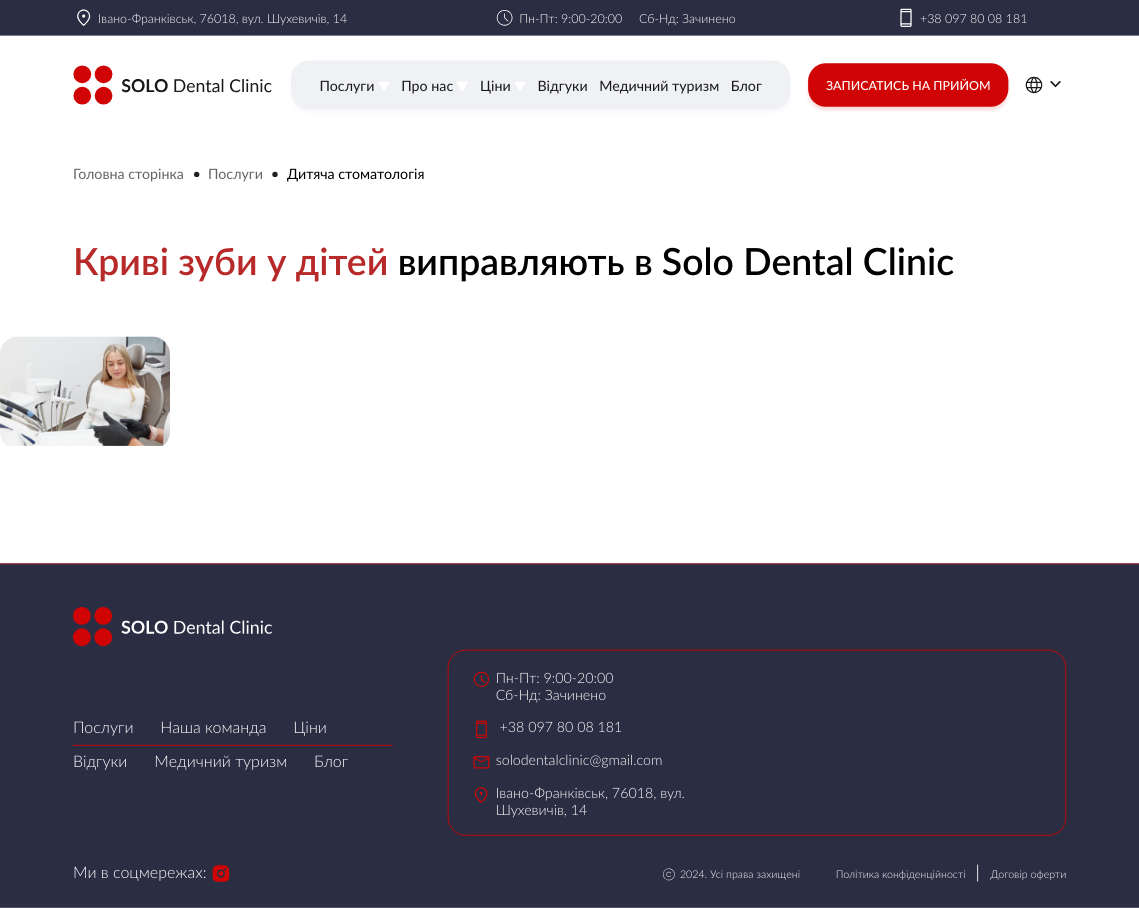
Repository: TarasDutchak/dental-clinic
Page: pediatric-dentistry.html
The author's editor kept a copy of each file at every save. The page is drawn from the files as they stood at one save, then again after the next save.
The browser window is 1280 px wide. The pictures show the whole page, at 89% of full size.
Pictures or frames that could not be fetched are drawn as grey boxes.

Above is the page before, as saved 2024-12-31 07:40:44.

### pediatric-dentistry.html
<!DOCTYPE html>
<html lang="en">

<head>
    <meta charset="UTF-8">
    <meta http-equiv="X-UA-Compatible" content="IE=edge">
    <meta name="viewport" content="width=device-width, initial-scale=1.0">
    <title>Дитяча стоматологія</title>
    <link rel="icon" type="image/x-icon" href="favicon.png">
    <link rel="stylesheet" href="css/lib/swiper-bundle.min.css">
    <link rel="stylesheet" href="css/lib/bootstrap-grid.min.css">
    <link rel="stylesheet" href="css/lib/plyr.css">
    <link rel="stylesheet" href="css/lib/select2.css">
    <link rel="stylesheet" href="css/style.css">
</head>

<body>

    <header class="header">
        <div class="header__top">
            <div class="container">
                <div class="row align-items-center">
                    <div class="col-lg-5 col-md-4">
                        <p>
                            <img src="img/header/loc.svg" alt="location">
                            Івано-Франківськ, 76018, вул. Шухевичів, 14
                        </p>
                    </div>
                    <div class="col-lg-4 col-md-4">
                        <p>
                            <img src="img/header/time.svg" alt="workingday">
                            <span>Пн-Пт: 9:00-20:00</span>
                            <span>Сб-Нд: Зачинено</span>
                        </p>
                    </div>
                    <div class="col-lg-3 col-md-4 text-center">
                        <p>
                            <a href="tel:+380978008181">
                                <img src="img/header/tel.svg" alt="tel">
                                +38 097 80 08 181
                            </a>
                        </p>
                    </div>
                </div>
            </div>
        </div>
        <div class="header__content">
            <div class="container_header container">
                <div class="header__logo">
                    <a href="index.html"><img src="img/header/logo.svg" alt="logo"></a>
                </div>
                <div class="header__nav">
                    <nav>
                        <ul>
                            <li class="submenu">
                                <a href="#">
                                    Послуги
                                </a>
                                <ul class="large">
                                    <li><a href="#">Всі послуги</a></li>
                                    <li><a href="#">Відбілювання</a></li>
                                    <li><a href="#">Вініри</a></li>
                                    <li><a href="#">Коронки</a></li>
                                    <li><a href="#">Імплантація</a></li>
                                    <li><a href="#">Гнатологія</a></li>
                                    <li><a href="#">Гігієна ротової порожнини</a></li>
                                    <li><a href="#" class="active">Лікування карієсу</a></li>
                                    <li><a href="#" class="disable">Лікування каналів</a></li>
                                    <li><a href="#">Лікування ясен</a></li>
                                    <li><a href="#">Зубні імпланти</a></li>
                                    <li><a href="#">Хірургічна стоматологія</a></li>
                                    <li><a href="#">Видалення зубів мудрості</a></li>
                                    <li><a href="#">Стоматологія сну</a></li>
                                    <li><a href="#">Виправлення прикусу</a></li>
                                    <li><a href="#">Дитяча стоматологія</a></li>
                                    <li><a href="#">Діагностика ротової порожнини</a></li>
                                </ul>
                            </li>
                            <li class="submenu">
                                <a href="#">
                                    Про нас
                                </a>
                                <ul>
                                    <li><a href="#">Наша клініка</a></li>
                                    <li><a href="#">Лікарі</a></li>
                                    <li><a href="#">Історії лікування</a></li>
                                </ul>
                            </li>
                            <li class="submenu">
                                <a href="#">
                                    Ціни
                                </a>
                                <ul>
                                    <li><a href="#">Прайс</a></li>
                                    <li><a href="#">Оплата частинами</a></li>
                                </ul>
                            </li>
                            <li>
                                <a href="#">
                                    Відгуки
                                </a>
                            </li>
                            <li>
                                <a href="#">
                                    Медичний туризм
                                </a>
                            </li>
                            <li>
                                <a href="#">
                                    Блог
                                </a>
                            </li>
                        </ul>
                        <a href="#" class="redbtn mobshow" data-modal-target="appointmentmodal">
                            записатись на прийом
                        </a>
                    </nav>
                    <button class="closemenu">
                        <img src="img/header/close.png" alt="close menu">
                    </button>
                </div>
                <div class="header__rightsect">
                    <a href="#" class="redbtn" data-modal-target="appointmentmodal">
                        записатись на прийом
                    </a>
                    <div class="languagebox">
                        <span>
                            <img src="img/header/earth.svg" alt="language">
                        </span>
                        <ul>
                            <li>
                                <a href="#">
                                    <img src="img/header/us-flag.svg" alt="english">
                                    En
                                </a>
                            </li>
                            <li class="active">
                                <a href="#">
                                    <img src="img/header/ua-flag.svg" alt="ukrainian">
                                    Uk
                                </a>
                            </li>
                        </ul>
                    </div>
                    <button class="headermenubtn">
                        <img src="img/header/menu.png" alt="menu">
                    </button>
                </div>
            </div>
        </div>
        <div class="menubg"></div>
    </header>

    <main class="main">
        <div class="container">
            <div class="breadcrumbs">
                <ul>
                    <li><a href="#">Головна сторінка</a></li>
                    <li><a href="#">Послуги</a></li>
                    <li>Дитяча стоматологія</li>
                </ul>
            </div>
        </div>

        <section class="aboutsect">
            <div class="container">
                <h1>
                    <span>Криві зуби у дітей</span> виправляють в Solo Dental Clinic
                </h1>
            </div>
           <div class="reversesect">
            <div class="container-r0">
                <div class="reversesect__left"></div>
                <div class="reversesect__right">
                    <div class="imgwrap">
                        <img src="img/pediatricdentistry/2.jpg" alt="img">
                    </div>
                </div>
            </div>
           </div>



        </section>




    </main>

    <footer class="footer">
        <div class="container">
            <div class="row align-items-center">
                <div class="col-12">
                    <a href="index.html" class="footer__logo">
                        <img src="img/footer/logo-footer.svg" alt="logo">
                    </a>
                </div>
                <div class="col-xl-4">
                    <ul class="footer__nav">
                        <li><a href="#">Послуги</a></li>
                        <li><a href="#">Наша команда</a></li>
                        <li><a href="#">Ціни</a></li>
                        <li><a href="#">Відгуки</a></li>
                        <li><a href="#">Mедичний туризм</a></li>
                        <li><a href="#">Блог</a></li>
                    </ul>
                </div>
                <div class="col-xl-8 text-end">
                    <div class="footer__info">
                        <div class="footinfwrap">
                            <ul>
                                <li>
                                    <img src="img/footer/foot-clock.svg" alt="icon">
                                    <p>
                                        Пн-Пт: 9:00-20:00 <br>
                                        Сб-Нд: Зачинено
                                    </p>
                                </li>
                                <li>
                                    <img src="img/footer/foot-tel.svg" alt="icon">
                                    <a href="tel: +380978008181"> +38 097 80 08 181</a>
                                </li>
                                <li>
                                    <img src="img/footer/foot-email.svg" alt="icon">
                                    <a href="mailto:solodentalclinic@gmail.com">solodentalclinic@gmail.com</a>
                                </li>
                                <li>
                                    <img src="img/footer/foot-loc.svg" alt="icon">
                                    <p>
                                        Івано-Франківськ, 76018, вул. Шухевичів, 14
                                    </p>
                                </li>
                            </ul>
                        </div>
                        <div class="mapwrap">
                            <iframe
                                src="https://www.google.com/maps/embed?pb=!1m18!1m12!1m3!1d2621.917959431259!2d24.720775176848996!3d48.91695529658282!2m3!1f0!2f0!3f0!3m2!1i1024!2i768!4f13.1!3m3!1m2!1s0x4730c166259a99f7%3A0xe9b1d0f143ae48f0!2z0LLRg9C70LjRhtGPINCo0YPRhdC10LLQuNGH0ZbQsiwgMTQsINCG0LLQsNC90L4t0KTRgNCw0L3QutGW0LLRgdGM0LosINCG0LLQsNC90L4t0KTRgNCw0L3QutGW0LLRgdGM0LrQsCDQvtCx0LvQsNGB0YLRjCwgNzYwMDA!5e0!3m2!1suk!2sua!4v1735398550766!5m2!1suk!2sua"
                                style="border:0;" allowfullscreen="" loading="lazy"
                                referrerpolicy="no-referrer-when-downgrade"></iframe>
                        </div>
                    </div>
                </div>
            </div>
            <div class="footer__bottomsect">
                <div class="row align-items-center">
                    <div class="col-xl-6 col-lg-5">
                        <p class="weinsoc">
                            Ми в соцмережах:
                            <a href="#">
                                <svg width="28" height="29" viewBox="0 0 28 29" fill="none"
                                    xmlns="http://www.w3.org/2000/svg">
                                    <path
                                        d="M14.8667 2.83301C16.1792 2.83651 16.8453 2.84351 17.4205 2.85984L17.6468 2.86801C17.9082 2.87734 18.166 2.88901 18.4775 2.90301C19.7188 2.96134 20.5658 3.15734 21.309 3.44551C22.079 3.74184 22.7277 4.14317 23.3763 4.79067C23.9698 5.3737 24.4289 6.07923 24.7215 6.85801C25.0097 7.60117 25.2057 8.44817 25.264 9.69067C25.278 10.001 25.2897 10.2588 25.299 10.5213L25.306 10.7477C25.3235 11.3217 25.3305 11.9878 25.3328 13.3003L25.334 14.1707V15.699C25.3368 16.55 25.3279 17.4009 25.3072 18.2517L25.3002 18.478C25.2908 18.7405 25.2792 18.9983 25.2652 19.3087C25.2068 20.5512 25.0085 21.397 24.7215 22.1413C24.4289 22.9201 23.9698 23.6257 23.3763 24.2087C22.7933 24.8022 22.0878 25.2612 21.309 25.5538C20.5658 25.842 19.7188 26.038 18.4775 26.0963L17.6468 26.1313L17.4205 26.1383C16.8453 26.1547 16.1792 26.1628 14.8667 26.1652L13.9963 26.1663H12.4692C11.6178 26.1693 10.7664 26.1604 9.91533 26.1395L9.689 26.1325C9.41204 26.122 9.13515 26.11 8.85833 26.0963C7.617 26.038 6.77 25.842 6.02566 25.5538C5.2473 25.2611 4.54218 24.802 3.9595 24.2087C3.3656 23.6258 2.90612 22.9202 2.61316 22.1413C2.325 21.3982 2.129 20.5512 2.07066 19.3087L2.03566 18.478L2.02983 18.2517C2.00832 17.401 1.9986 16.55 2.00066 15.699V13.3003C1.99743 12.4494 2.00599 11.5984 2.02633 10.7477L2.0345 10.5213C2.04383 10.2588 2.0555 10.001 2.0695 9.69067C2.12783 8.44817 2.32383 7.60234 2.612 6.85801C2.90564 6.07891 3.36592 5.37335 3.96066 4.79067C4.54301 4.19748 5.24772 3.73843 6.02566 3.44551C6.77 3.15734 7.61583 2.96134 8.85833 2.90301C9.16866 2.88901 9.42766 2.87734 9.689 2.86801L9.91533 2.86101C10.7661 2.84028 11.617 2.83133 12.468 2.83417L14.8667 2.83301ZM13.6673 8.66634C12.1202 8.66634 10.6365 9.28092 9.54254 10.3749C8.44858 11.4688 7.834 12.9526 7.834 14.4997C7.834 16.0468 8.44858 17.5305 9.54254 18.6245C10.6365 19.7184 12.1202 20.333 13.6673 20.333C15.2144 20.333 16.6982 19.7184 17.7921 18.6245C18.8861 17.5305 19.5007 16.0468 19.5007 14.4997C19.5007 12.9526 18.8861 11.4688 17.7921 10.3749C16.6982 9.28092 15.2144 8.66634 13.6673 8.66634ZM13.6673 10.9997C14.127 10.9996 14.5821 11.0901 15.0068 11.2659C15.4314 11.4417 15.8173 11.6994 16.1424 12.0244C16.4674 12.3493 16.7253 12.7351 16.9013 13.1597C17.0772 13.5844 17.1678 14.0395 17.1679 14.4991C17.168 14.9587 17.0775 15.4139 16.9017 15.8385C16.7259 16.2632 16.4682 16.6491 16.1432 16.9741C15.8182 17.2992 15.4325 17.5571 15.0078 17.733C14.5832 17.909 14.1281 17.9996 13.6685 17.9997C12.7402 17.9997 11.85 17.6309 11.1936 16.9745C10.5372 16.3182 10.1685 15.4279 10.1685 14.4997C10.1685 13.5714 10.5372 12.6812 11.1936 12.0248C11.85 11.3684 12.7402 10.9997 13.6685 10.9997M19.7935 6.91634C19.4067 6.91634 19.0358 7.06999 18.7623 7.34348C18.4888 7.61697 18.3352 7.9879 18.3352 8.37467C18.3352 8.76145 18.4888 9.13238 18.7623 9.40587C19.0358 9.67936 19.4067 9.83301 19.7935 9.83301C20.1803 9.83301 20.5512 9.67936 20.8247 9.40587C21.0982 9.13238 21.2518 8.76145 21.2518 8.37467C21.2518 7.9879 21.0982 7.61697 20.8247 7.34348C20.5512 7.06999 20.1803 6.91634 19.7935 6.91634Z"
                                        fill="#D00404" />
                                </svg>
                            </a>
                        </p>
                    </div>
                    <div class="col-xl-6 col-lg-7">
                        <ul>
                            <li>
                                <p>
                                    <img src="img/footer/copyright.svg" alt="icon">
                                    2024. Усі права захищені
                                </p>
                            </li>
                            <li>
                                <a href="#">Політика конфіденційності</a>
                            </li>
                            <li>
                                <a href="#">Договір оферти</a>
                            </li>
                        </ul>
                    </div>
                </div>
            </div>
        </div>
    </footer>





    <!-- consultationmodal -->
    <div id="consultationmodal" class="modal bgmodal">
        <div class="modal-dialog">
            <div class="modal-content">
                <span class="close closemod">
                    <img src="img/general/close-modal.svg" alt="close">
                </span>
                <p class="title">Заповніть форму нижче і ми зв’яжемось з Вами у робочі години</p>
                <form action="#">
                    <div class="row align-items-center">
                        <div class="col-lg-7">
                            <div class="inputfield">
                                <label for="name">Ваше ім’я*</label>
                                <input id="name" type="text" placeholder="Введіть своє ім’я">
                            </div>
                        </div>
                        <div class="col-lg-5 selwr">
                            <div class="inputfield rpad">
                                <select class="customselect" name="formcons" data-placeholder="форма консультації:">
                                    <option></option>
                                    <option value="0">Онлайн консультація</option>
                                    <option value="1">Консультація в клініці</option>
                                </select>
                            </div>
                        </div>
                        <div class="col-lg-7">
                            <div class="inputfield">
                                <label for="tel">Номер телефону*</label>
                                <input id="tel" type="number" placeholder="Введіть номер телефону">
                            </div>
                        </div>
                        <div class="col-lg-7">
                            <div class="inputfield">
                                <label for="comment">Ваш коментар</label>
                                <textarea id="comment" placeholder=""></textarea>
                            </div>
                        </div>
                        <div class="col-lg-7">
                            <div class="inputfield check">
                                <input type="checkbox" id="check">
                                <label for="check">
                                    Я погоджуюсь з обробкою персональних даних <br>
                                    політика конфіденційності
                                </label>
                            </div>
                        </div>
                        <div class="col-lg-5 text-end">
                            <!-- <button type="submit" class="bluebtn">
                            НАДІСЛАТИ
                        </button> -->
                            <a href="#" class="bluebtn close" data-modal-target="thankmodal">НАДІСЛАТИ</a>
                        </div>
                    </div>
                </form>
            </div>
        </div>
    </div>

    <div id="thankmodal" class="modal smmodal text-center">
        <div class="modal-content">
            <span class="close closemod">
                <img src="img/general/close-modal.svg" alt="close">
            </span>
            <p>
                Вашу форму надіслано!
            </p>
            <p>
                Дякуємо, ми Вам залетелефонуємо
                <img src="img/general/modicon.svg" alt="img">
            </p>
            <button class="bluebtn close">
                Закрити
            </button>
        </div>
    </div>

    <div id="appointmentmodal" class="modal mdmodal">
        <div class="modal-dialog">
            <div class="modal-content">
                <span class="close closemod">
                    <img src="img/general/close-modal.svg" alt="close">
                </span>
                <p class="title">Заповніть форму нижче<br> і ми зв’яжемось з Вами у робочі години</p>
                <form action="#">
                    <div class="row align-items-center">
                        <div class="col-lg-12">
                            <div class="inputfield">
                                <label for="name">Ваше ім’я*</label>
                                <input id="name" type="text" placeholder="Введіть своє ім’я">
                            </div>
                        </div>
                        <div class="col-lg-12">
                            <div class="inputfield">
                                <label for="tel">Номер телефону*</label>
                                <input id="tel" type="number" placeholder="Введіть номер телефону">
                            </div>
                        </div>
                        <div class="col-lg-12">
                            <div class="inputfield">
                                <label for="comment">Ваш коментар</label>
                                <textarea id="comment" placeholder=""></textarea>
                            </div>
                        </div>
                        <div class="col-lg-12">
                            <div class="inputfield check">
                                <input type="checkbox" id="check">
                                <label for="check">
                                    Я погоджуюсь з обробкою персональних даних <br>
                                    політика конфіденційності
                                </label>
                            </div>
                        </div>
                        <div class="col-lg-12 text-center">
                            <!-- <button type="submit" class="bluebtn">
                            НАДІСЛАТИ
                        </button> -->
                            <a href="#" class="bluebtn close" data-modal-target="thankmodal">НАДІСЛАТИ</a>
                        </div>
                    </div>
                </form>
            </div>
        </div>
    </div>

    <script src="js/lib/jquery.js"></script>
    <script src="js/lib/swiper-bundle.min.js"></script>
    <script src="js/lib/plyr.js"></script>
    <script src="js/lib/select2.js"></script>
    <script src="js/main.js"></script>

</body>



</html>

Loaded but not shown: css/lib/swiper-bundle.min.css (library); css/lib/bootstrap-grid.min.css (library); css/lib/plyr.css (library); css/lib/select2.css (library); css/style.css (library); js/lib/jquery.js (library); js/lib/swiper-bundle.min.js (library); js/lib/plyr.js (library); js/lib/select2.js (library); js/main.js (244 lines, source omitted)

After the next save:
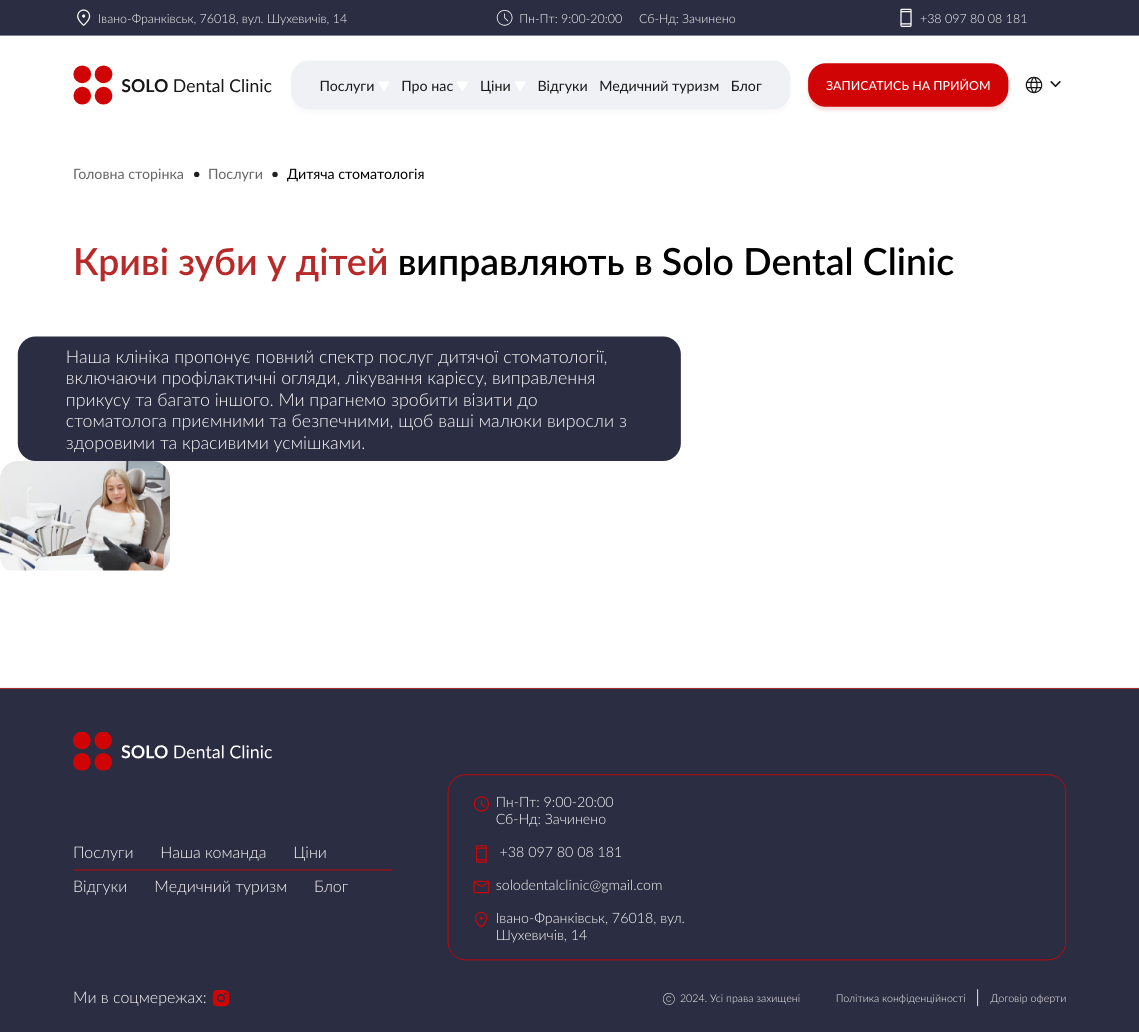
Saved 19 s later.
--- a/pediatric-dentistry.html
+++ b/pediatric-dentistry.html
@@ -168,16 +168,26 @@
                     <span>Криві зуби у дітей</span> виправляють в Solo Dental Clinic
                 </h1>
             </div>
-           <div class="reversesect">
-            <div class="container-r0">
-                <div class="reversesect__left"></div>
-                <div class="reversesect__right">
-                    <div class="imgwrap">
-                        <img src="img/pediatricdentistry/2.jpg" alt="img">
-                    </div>
-                </div>
-            </div>
-           </div>
+            <div class="reversesect">
+                <div class="container-r0">
+                    <div class="reversesect__left">
+                        <div class="descr">
+                            <p>
+                                Наша клініка пропонує повний спектр послуг дитячої стоматології, включаючи профілактичні
+                                огляди, лікування карієсу, виправлення прикусу та багато іншого. Ми прагнемо зробити
+                                візити до стоматолога приємними та безпечними, щоб ваші малюки виросли
+                                з здоровими та красивими усмішками.
+
+                            </p>
+                        </div>
+                    </div>
+                    <div class="reversesect__right">
+                        <div class="imgwrap">
+                            <img src="img/pediatricdentistry/2.jpg" alt="img">
+                        </div>
+                    </div>
+                </div>
+            </div>
 
 
 
